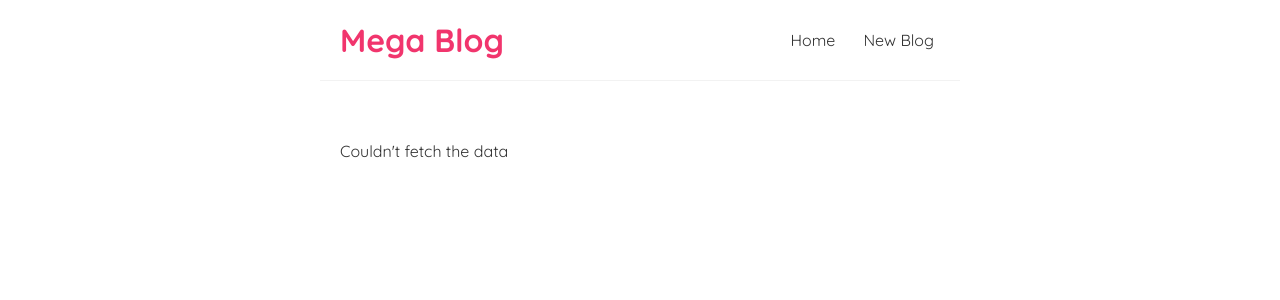
Repository: Amr-Hendawy/blog
Page: /create
The author's editor kept a copy of each file at every save. The page is drawn from the files as they stood at one save, then again after the next save.
The browser window is 1280 px wide. The pictures show the whole page.
The page's requests for data from a server got no answer. The project was rebuilt for these pictures with package versions that can differ from the ones it lists, and the page was loaded fresh each time. A package was used in the major version that the imports need, not the one package.json lists. No one was signed in, and anything a server would have sent is missing. Also part of the build but not shown: src/Components/BlogList/BlogList.js, src/Components/Home/Home.css, src/Components/BlogDetails/BlogDetails.js.

Above is the page before, as saved 2022-11-03 01:03:11.

### src/index.css
@import url("https://fonts.googleapis.com/css2?family=Quicksand:wght@300;400;500;600;700&display=swap");
/* base styles */
* {
  margin: 0;
  font-family: "Quicksand";
  color: #333;
}
.navbar {
  padding: 20px;
  display: flex;
  align-items: center;
  max-width: 600px;
  margin: 0 auto;
  border-bottom: 1px solid #f2f2f2;
}
.navbar h1 {
  color: #f1356d;
}
.navbar .links {
  margin-left: auto;
}
.navbar a {
  margin-left: 16px;
  text-decoration: none;
  padding: 6px;
}
.navbar a:hover {
  color: #f1356d;
}
.content {
  max-width: 600px;
  margin: 40px auto;
  padding: 20px;
}
/*blog previews / list*/

.blog-preview {
  padding: 10px 16px;
  margin: 20px 0;
  border-bottom: 1px solid rgba(0, 0, 0, 0.1);
}

.blog-preview:hover {
  box-shadow: 1px 3px 5px rgba(0, 0, 0, 0.1);
}
.blog-preview h2 {
  font-size: 20px;
  color: #f1356d;
  margin-bottom: 8px;
}

### src/App.js
import Home from "./Components/Home/Home";
import { Navbar } from "./Components/Navbar/Navbar";
import { BrowserRouter as Router, Route, Switch } from "react-router-dom";
import Create from "./Components/Create/Create";
import BlogDetails from "./Components/BlogDetails/BlogDetails";
function App() {
  return (
    <Router>
      <div className="App">
        <Navbar />
        <div className="content">
          <Switch>
            <Route path="/">
              <Home />
            </Route>

            <Route path="/create">
              <Create />
            </Route>
            <Route path="/blogs">
              <BlogDetails />
            </Route>
          </Switch>
        </div>
      </div>
    </Router>
  );
}

export default App;

### src/Components/Home/Home.js
import BlogList from "../BlogList/BlogList";
import "./Home.css";
import useFetch from "../useFetch/useFetch";
const Home = () => {
  const {
    data: blogs,
    isPending,
    error,
  } = useFetch(`http://localhost:8000/blogs`);
  return (
    <div className="home">
      {error && <div>{error}</div>}
      {isPending && <div className="loading">LOADING ...</div>}
      {blogs && <BlogList test={blogs} title="All Blogs!!" />}
    </div>
  );
};

export default Home;

### src/Components/Navbar/Navbar.js
import React from "react";
import { Link } from "react-router-dom";
export const Navbar = () => {
  return (
    <div className="navbar">
      <h1>Mega Blog</h1>
      <div className="links">
        <Link to="/">Home</Link>
        <Link to="/create">New Blog</Link>
      </div>
    </div>
  );
};

### src/Components/useFetch/useFetch.js
import { useState, useEffect } from "react";

const useFetch = (url) => {
  let [data, setData] = useState(null);
  let [isPending, setIsPending] = useState(true);
  let [error, setError] = useState(null);

  useEffect(() => {
    const abortCont = new AbortController();
    console.log(abortCont);
    setTimeout(() => {
      fetch(url, { signal: abortCont.signal })
        .then((response) => {
          if (!response.ok) {
            throw Error("Couldn't fetch the data");
          }
          return response.json();
        })
        .then((data) => {
          setData(data);
          setIsPending(false);
          setError(null);
        })
        .catch((err) => {
          if (err.name === "AbortError") {
            console.log("fetch Aborted");
          } else {
            setIsPending(false);
            setError(err.message);
          }
        });
    }, 1000);
    return () => abortCont.abort();
  }, [url]);
  return { data, isPending, error };
};
export default useFetch;

### src/Components/Create/Create.js
const Create = () => {
  return (
    <div className="create">
      <h2>Add a new blog</h2>
    </div>
  );
};

export default Create;

Loaded but not shown: src/index.js (common file)

After the next save:
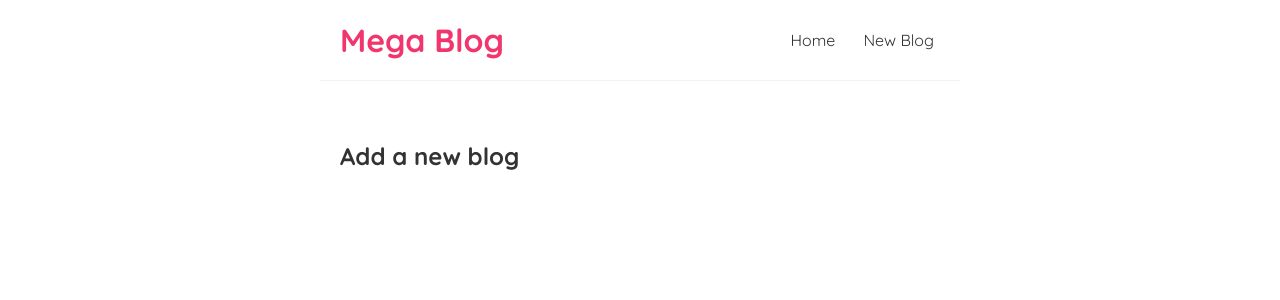
Saved 38 s later.
--- a/src/App.js
+++ b/src/App.js
@@ -10,7 +10,7 @@ function App() {
         <Navbar />
         <div className="content">
           <Switch>
-            <Route path="/">
+            <Route exact path="/">
               <Home />
             </Route>
 
